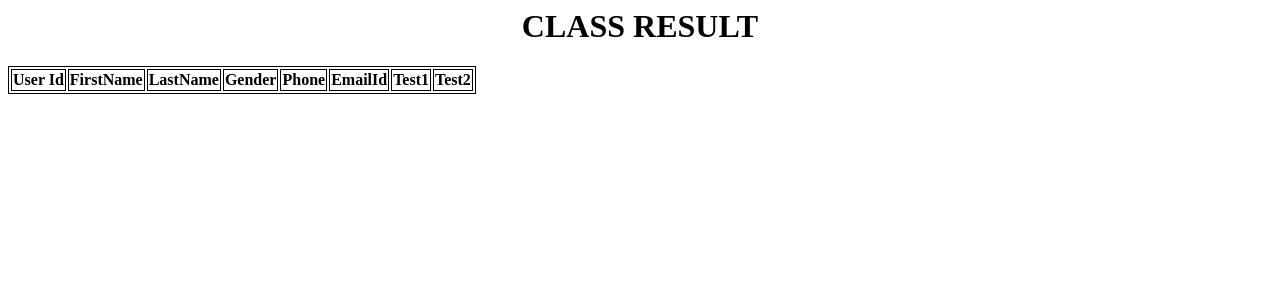
Repository: MriOj/OnlineExamPortal
Page: http://localhost/ExamPortal/classresults.jsp
The author's editor kept a copy of each file at every save. The page is drawn from the files as they stood at one save, then again after the next save.
The browser window is 1280 px wide. The pictures show the whole page.
The page is served by Tomcat 9. Other server files are loaded and not shown. Queries for data that is not in the repository find no rows.

Above is the page before, as saved 2021-09-07 12:02:06.

### ExamPortal/src/main/webapp/classresults.jsp
<%@ page import="java.sql.*" %>
<% Class.forName("com.mysql.cj.jdbc.Driver");; %>
<HTML>
       <HEAD>
       <TITLE>The View Of Database Table </TITLE>
       </HEAD>
       <STYLE>
       table, th, td {
  			border: 1px solid black;
		}
       </STYLE>
       <BODY>
       <H1 style="text-align:center"> CLASS RESULT </H1>
       <%
       Connection con =DriverManager.getConnection("jdbc:mysql://127.0.0.1:3306/examportal","root","Ria@1234");
           Statement statement = con.createStatement() ;
          ResultSet stud = statement.executeQuery("select s.userid , s.firstname , s.lastname , s.gender, s.phone , s.emailid , t1.marks , t2.marks from student s, test1 t1, test2 t2 where s.userid = t1.userid and s.userid = t2.userid") ;
       %>
      <TABLE style="width:100%,border:10px solid black">
      <TR>
      <TH>User Id </TH>
      <TH>FirstName</TH>
      <TH>LastName</TH>
      <TH>Gender</TH>
      <TH>Phone</TH>
      <TH>EmailId</TH>
      <TH>Test1</TH>
      <TH>Test2</TH>
      </TR>
      <% while(stud.next()){ %>
      <TR>
       <TD> <%= stud.getInt(1) %></td>
       <TD> <%= stud.getString(2) %></TD>
       <TD> <%= stud.getString(3) %></TD>
       <TD> <%= stud.getString(4) %></TD>
       <TD> <%= stud.getInt(5) %></TD>
       <TD> <%=  stud.getString(6)%></TD>
       <TD> <%= stud.getInt(7) %></TD>
       <TD> <%= stud.getInt(8) %></TD>
      </TR>
      <% } %>
     </TABLE>
     </BODY>
</HTML>

After the next save:
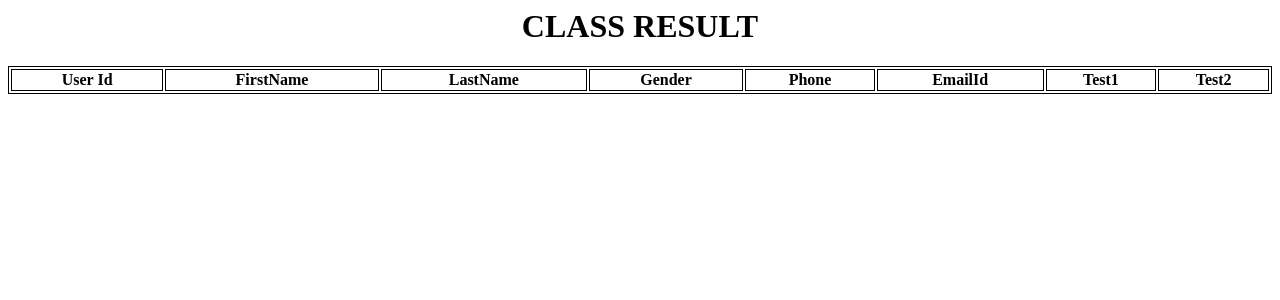
Saved 6 s later.
--- a/ExamPortal/src/main/webapp/classresults.jsp
+++ b/ExamPortal/src/main/webapp/classresults.jsp
@@ -16,7 +16,7 @@
            Statement statement = con.createStatement() ;
           ResultSet stud = statement.executeQuery("select s.userid , s.firstname , s.lastname , s.gender, s.phone , s.emailid , t1.marks , t2.marks from student s, test1 t1, test2 t2 where s.userid = t1.userid and s.userid = t2.userid") ;
        %>
-      <TABLE style="width:100%,border:10px solid black">
+      <TABLE style="width:100%">
       <TR>
       <TH>User Id </TH>
       <TH>FirstName</TH>
